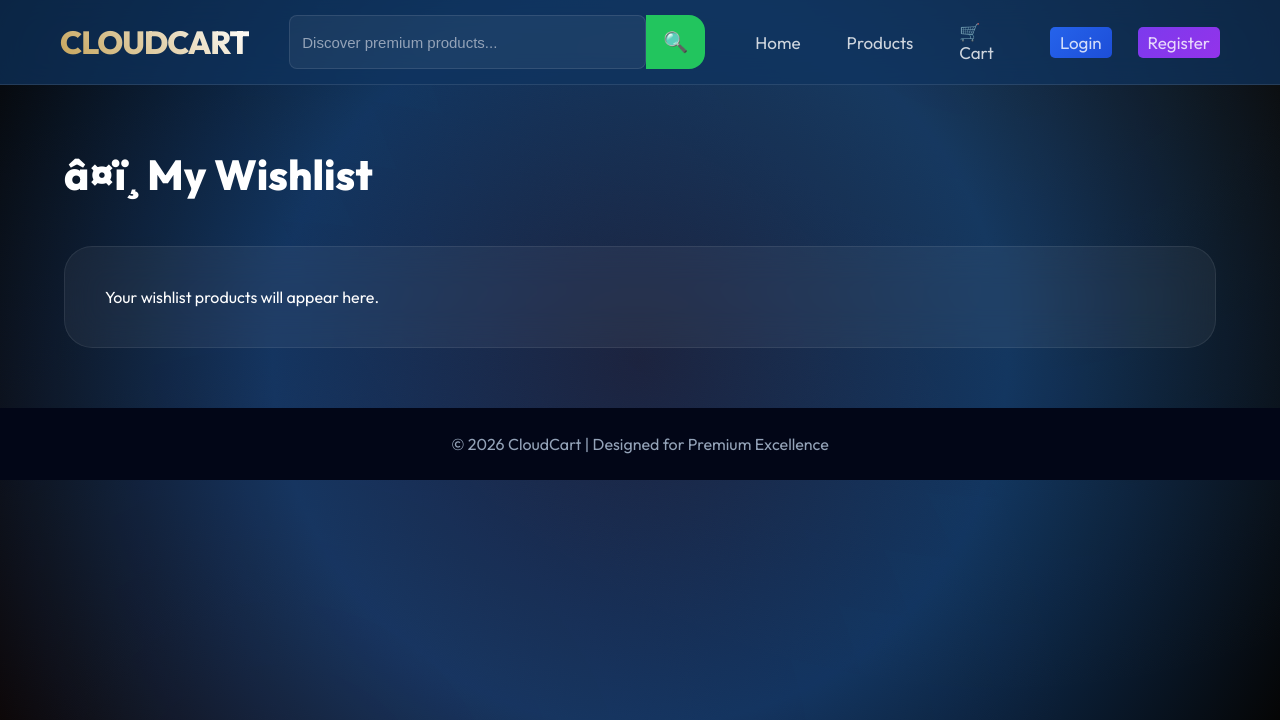
Repository: pradeepkumarh-17/Ecommerce
Page: http://localhost/EcomStore/wishlist
The author's editor kept a copy of each file at every save. The page is drawn from the files as they stood at one save, then again after the next save.
The browser window is 1280 px wide. The pictures show the whole page.
Some web libraries are served in a nearby version. The page is served by Tomcat 10.

Above is the page before, as saved 2026-05-08 17:11:18.

After the next save:
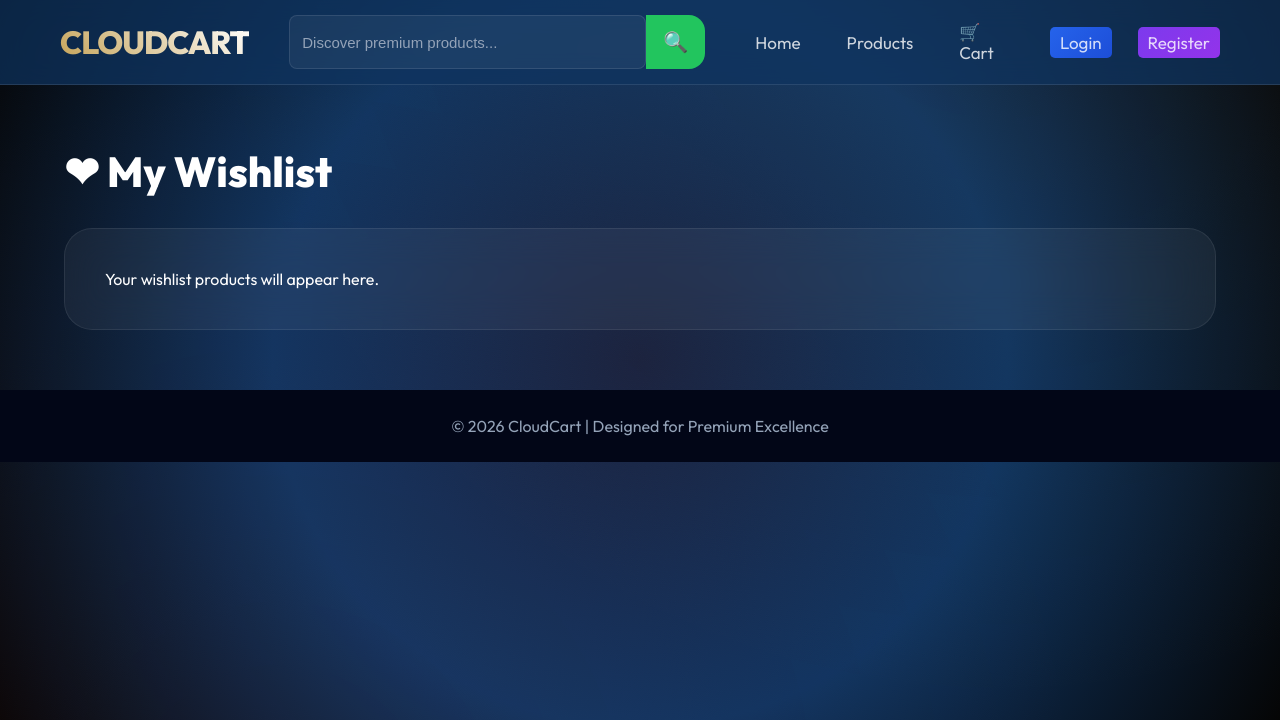
Saved 78 s later.
--- a/EcomStore/src/main/webapp/views/user/wishlist.jsp
+++ b/EcomStore/src/main/webapp/views/user/wishlist.jsp
@@ -5,7 +5,7 @@ href="<%= request.getContextPath() %>/assets/css/account.css">
 
 <div class="account-page">
 
-    <h1>❤️ My Wishlist</h1>
+    <h1>&#10084; My Wishlist</h1>
 
     <div class="account-card">
 
